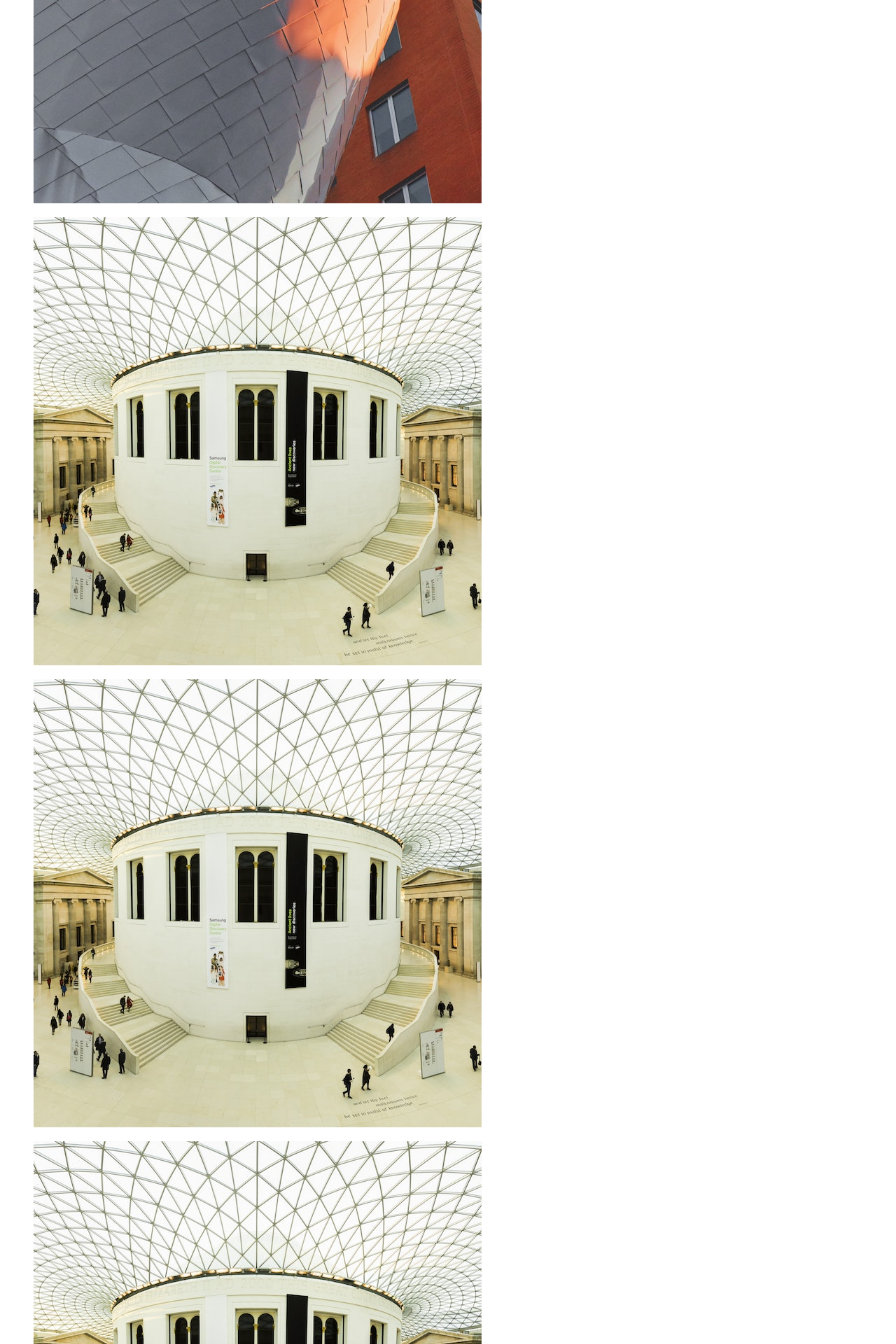
Repository: shoaib-1729/Web-Dev-Course_Dot-Batch_Love-Babbar
Page: 03_CSS Sessions Basics/05_CSS-Projects-Unwrap-Class/04_Code-Practice-unwrapClass/image-gallery-project/index.html
These files come from the project's save history. The page is drawn as it stood at one moment and after the next save; the edit follows.
The browser window is 1280 px wide. The pictures show the part of the page from y = 1685 to 3605 px (the page is 5956 px tall), at 70% of full size.

Above is the page before, as saved 2023-08-09 23:19:59.

### 03_CSS Sessions Basics/05_CSS-Projects-Unwrap-Class/04_Code-Practice-unwrapClass/image-gallery-project/index.html
<!DOCTYPE html>
<html lang="en">

<head>
    <meta charset="UTF-8">
    <meta name="viewport" content="width=device-width, initial-scale=1.0">
    <title>Image Gallery Project</title>
    <link rel="stylesheet" href="styles.css">
</head>

<body>
    <div id="wrapper">

        <div class="container">

            <div class="gallery">


                <figure class="card">
                    <img src="assets/image1.jpg" alt="image1">
                    <figcaption></figcaption>

                </figure>

                <figure class="card">
                    <img src="assets/image2.jpeg" alt="image2">
                    <figcaption></figcaption>

                </figure>

                <figure class="card">
                    <img src="assets/image3.jpeg" alt="image3">
                    <figcaption></figcaption>

                </figure>

                <figure class="card">
                    <img src="assets/image1.jpg" alt="image1">
                    <figcaption></figcaption>

                </figure>

                <figure class="card">
                    <img src="assets/image1.jpg" alt="image1">
                    <figcaption></figcaption>

                </figure>

                <figure class="card">
                    <img src="assets/image1.jpg" alt="image1">
                    <figcaption></figcaption>

                </figure>

                <figure class="card">
                    <img src="assets/image1.jpg" alt="image1">
                    <figcaption></figcaption>

                </figure>

                <figure class="card">
                    <img src="assets/image1.jpg" alt="image1">
                    <figcaption></figcaption>

                </figure>

                <figure class="card">
                    <img src="assets/image1.jpg" alt="image1">
                    <figcaption></figcaption>

                </figure>






            </div>






        </div>







    </div>
</body>

</html>

Loaded but not shown: 03_CSS Sessions Basics/05_CSS-Projects-Unwrap-Class/04_Code-Practice-unwrapClass/image-gallery-project/styles.css (no stored copy; drawn as an empty file)

After the next save:
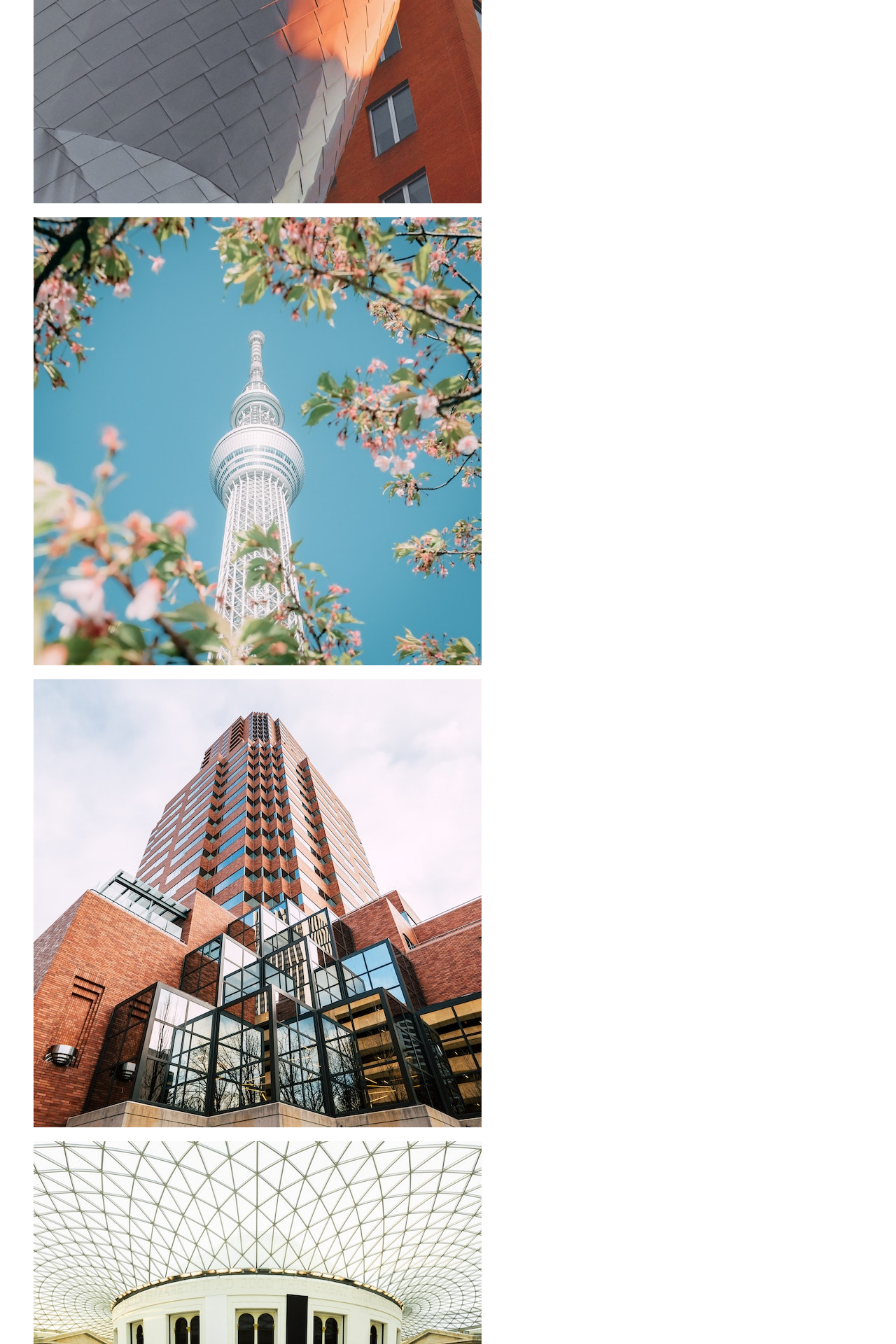
Saved 14 s later.
--- a/03_CSS Sessions Basics/05_CSS-Projects-Unwrap-Class/04_Code-Practice-unwrapClass/image-gallery-project/index.html
+++ b/03_CSS Sessions Basics/05_CSS-Projects-Unwrap-Class/04_Code-Practice-unwrapClass/image-gallery-project/index.html
@@ -35,13 +35,13 @@
                 </figure>
 
                 <figure class="card">
-                    <img src="assets/image1.jpg" alt="image1">
+                    <img src="assets/image4.jpeg" alt="image4">
                     <figcaption></figcaption>
 
                 </figure>
 
                 <figure class="card">
-                    <img src="assets/image1.jpg" alt="image1">
+                    <img src="assets/image5.jpeg" alt="image5">
                     <figcaption></figcaption>
 
                 </figure>
